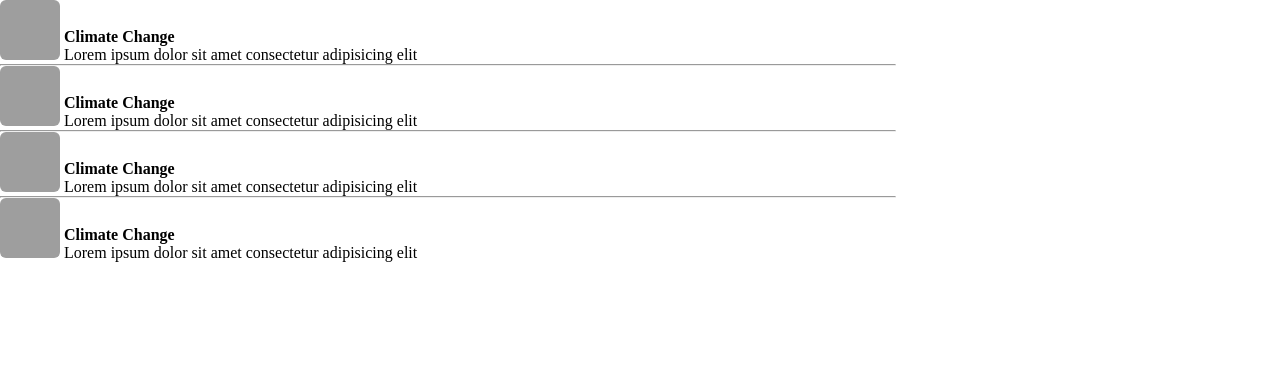
Repository: longNT0dev/C4E132
Page: SS3/index.html
These files come from the project's save history. The page is drawn as it stood at one moment and after the next save; the edit follows.
The browser window is 1280 px wide. The pictures show the whole page.
Pictures or frames that could not be fetched are drawn as grey boxes.

Above is the page before, as saved 2022-09-28 22:00:18.

After the next save:
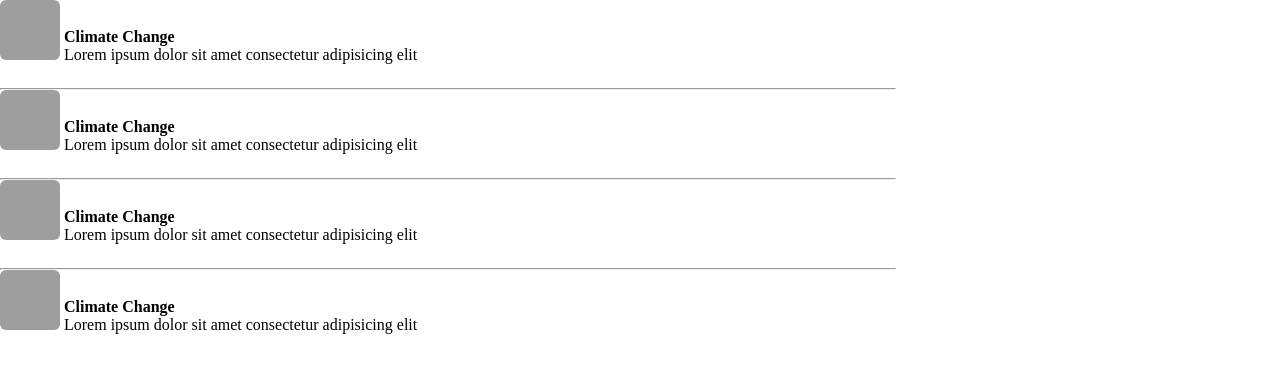
Saved 9 s later.
--- a/SS3/style.css
+++ b/SS3/style.css
@@ -36,7 +36,7 @@
 .item {
     width: 100%;
     height: 23%;
-
+    margin-bottom: 24px;
 }
 
 .item img {
